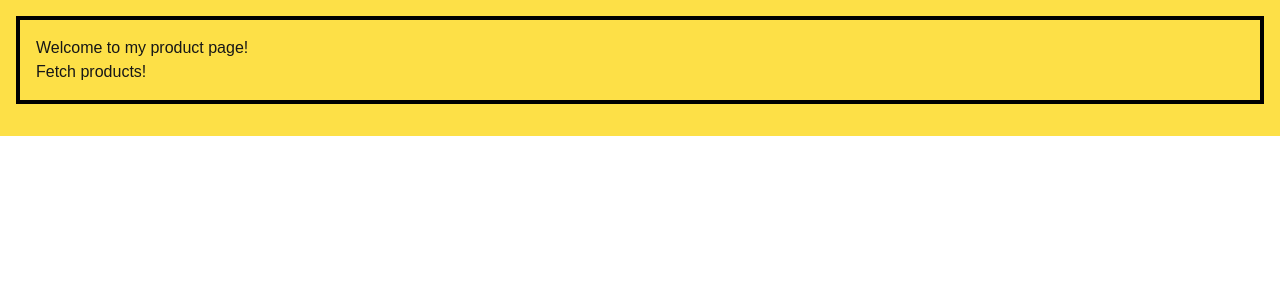
Repository: SamanthaYan298/MDIA-3126-Weds
Page: /api (app in webapp/)
An editor plug-in stored every save of this project. The page is shown before and after the next save, followed by the edit.
The browser window is 1280 px wide. The pictures show the whole page.
The project was rebuilt for these pictures with package versions that can differ from the ones it lists, and the page was loaded fresh each time. The framework's server and built-in components were replaced by stand-ins that run in the browser. Also part of the build but not shown: webapp/next.config.mjs.

Above is the page before, as saved 2024-10-09 12:50:28.

After the next save:
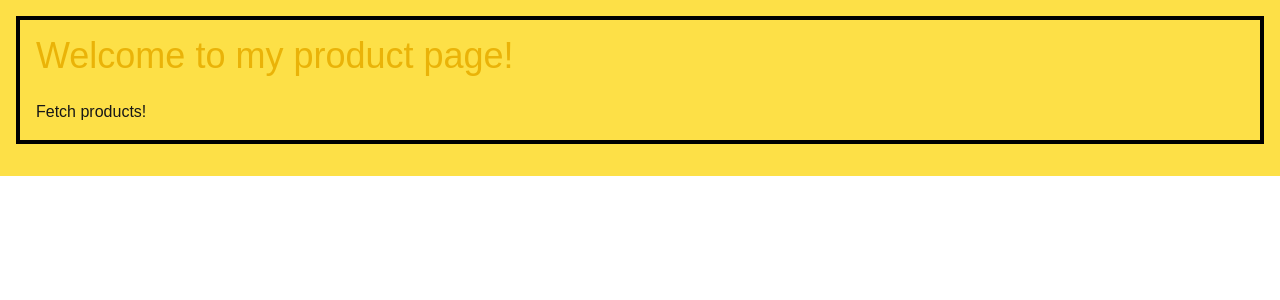
Saved 77 s later.
--- a/webapp/src/app/api/page.js
+++ b/webapp/src/app/api/page.js
@@ -12,7 +12,7 @@ export default function Page() {
     return (
         <div className="bg-yellow-300 p-4">
             <header className="border-4 border-black p-4 mb-4">
-                <h1>Welcome to my product page!</h1>
+                <h1 className="text-4xl mb-6 text-yellow-500">Welcome to my product page!</h1>
                 <button>
                     Fetch products!
                 </button>
